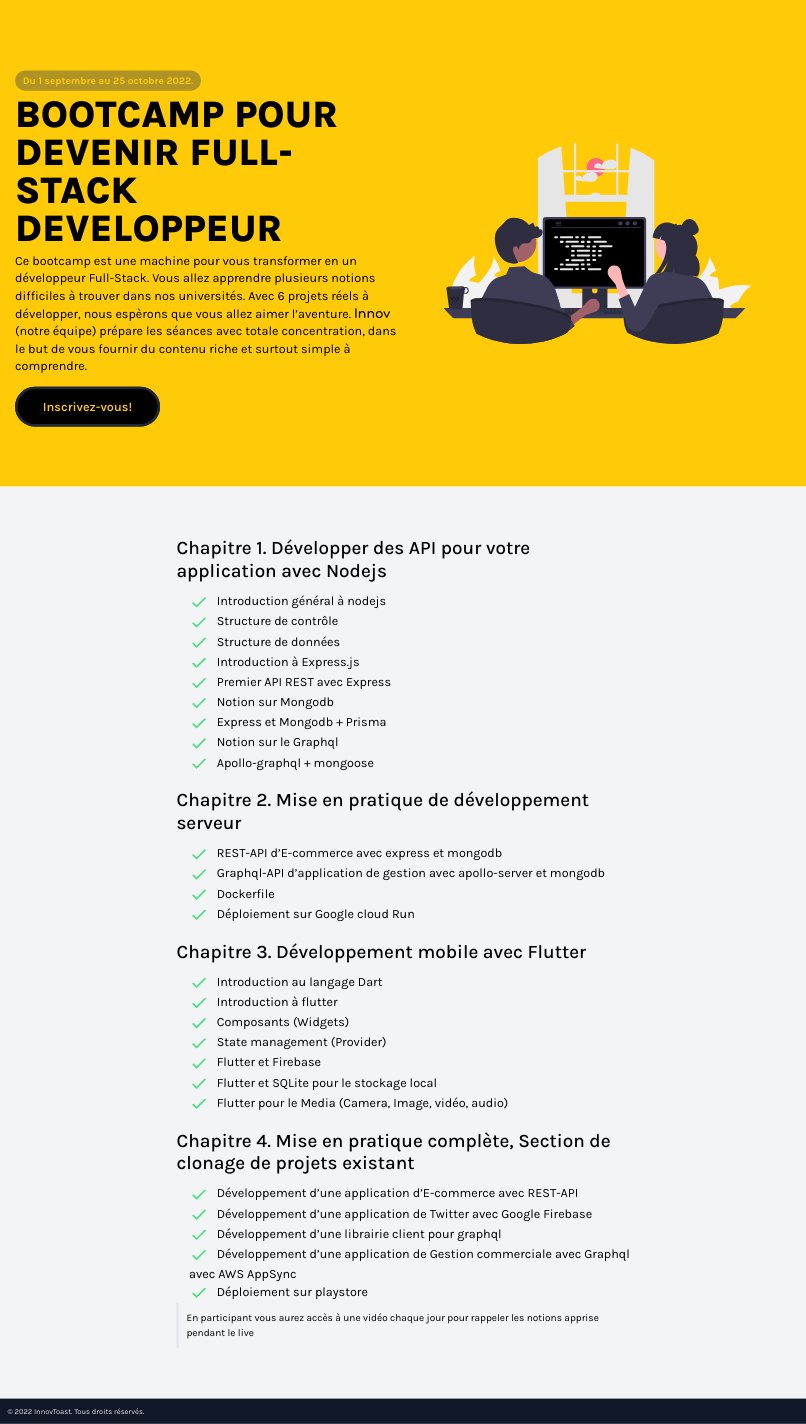
Repository: alfredlwanzo/course
Page: /
These files come from the project's save history. The page is drawn as it stood at one moment and after the next save; the edit follows.
The browser window is 1280 px wide. The pictures show the whole page, at 63% of full size.
The project was rebuilt for these pictures with package versions that can differ from the ones it lists, and the page was loaded fresh each time. The framework's server and built-in components were replaced by stand-ins that run in the browser. Also part of the build but not shown: next.config.js.

Above is the page before, as saved 2022-08-09 12:02:15.

After the next save:
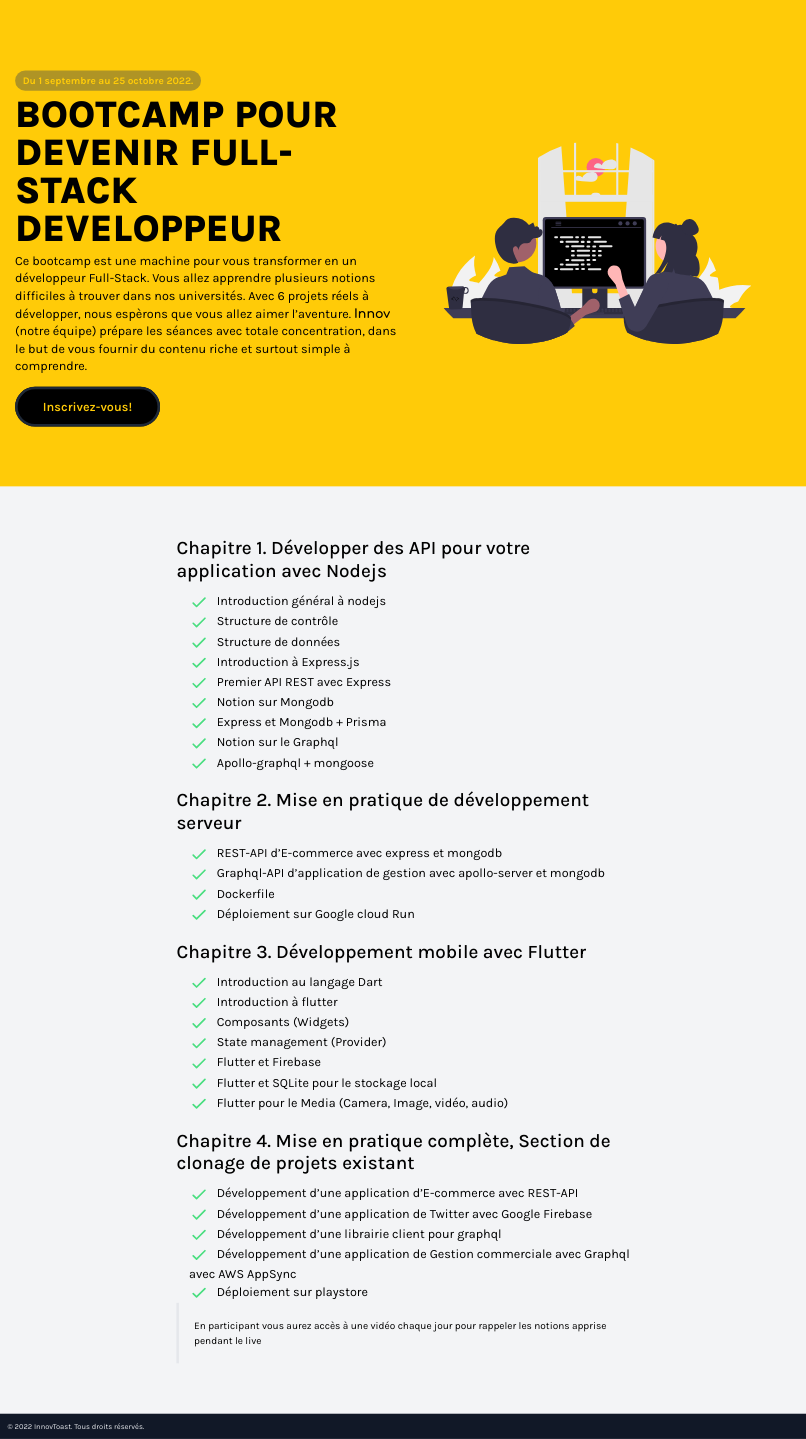
Saved 9 s later.
--- a/src/components/sections/Content.tsx
+++ b/src/components/sections/Content.tsx
@@ -136,7 +136,7 @@
           </li>
         </ul>
       </div>
-      <blockquote className="border-l-4 p-3">
+      <blockquote className="border-l-4 p-6">
         En participant vous aurez accès à une vidéo chaque jour pour rappeler les notions apprise pendant le live
       </blockquote>
     </article>
